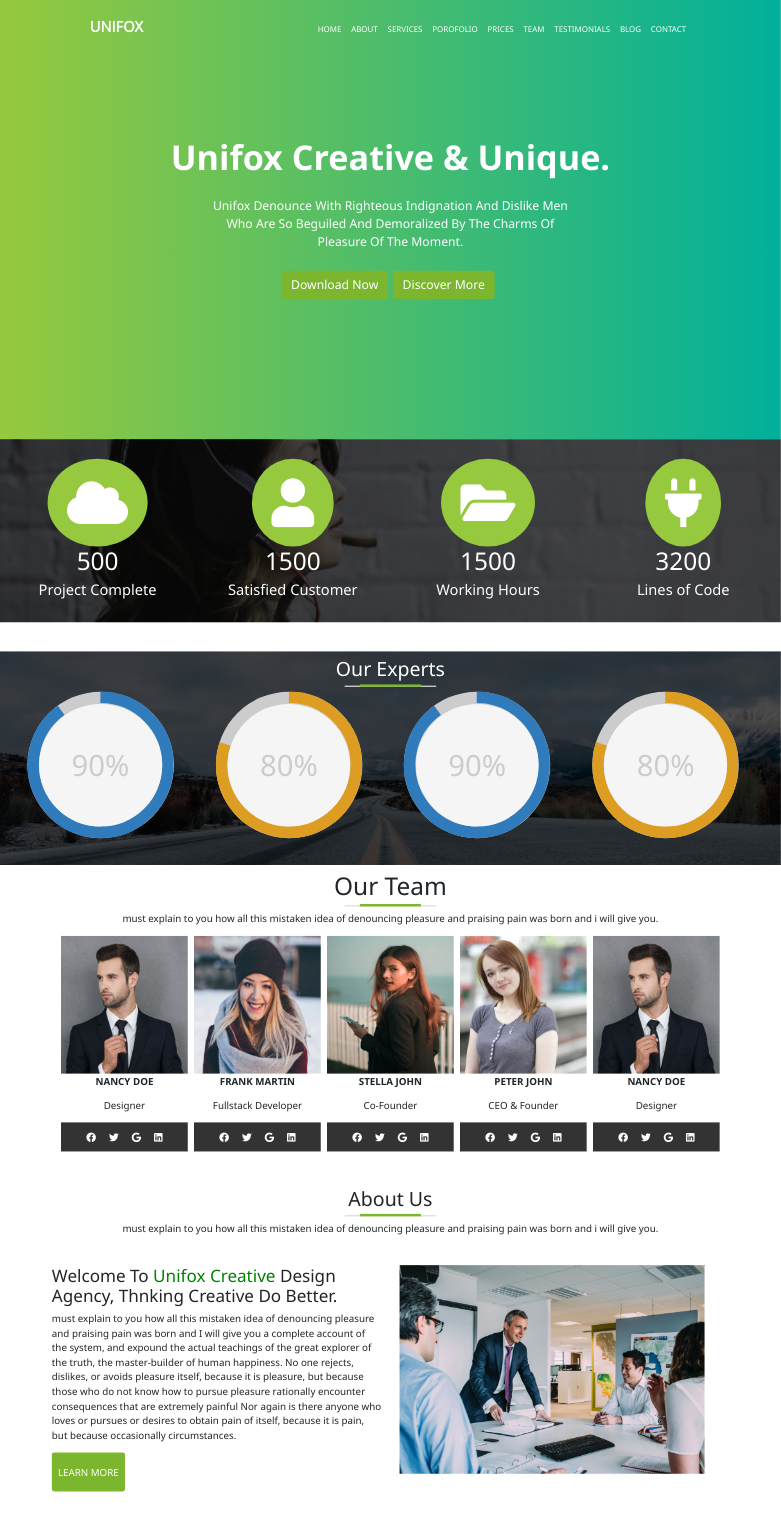
Repository: ibrkhalil/Uniforce-First-Attempt
Page: index.html
The author's editor kept a copy of each file at every save. The page is drawn from the files as they stood at one save, then again after a run of saves.
The browser window is 1280 px wide. The pictures show the whole page, at 61% of full size.
Backgrounds fixed to the window are drawn as part of the page.

Above is the page before, as saved 2021-01-24 02:33:38.

After the next 2 saves:
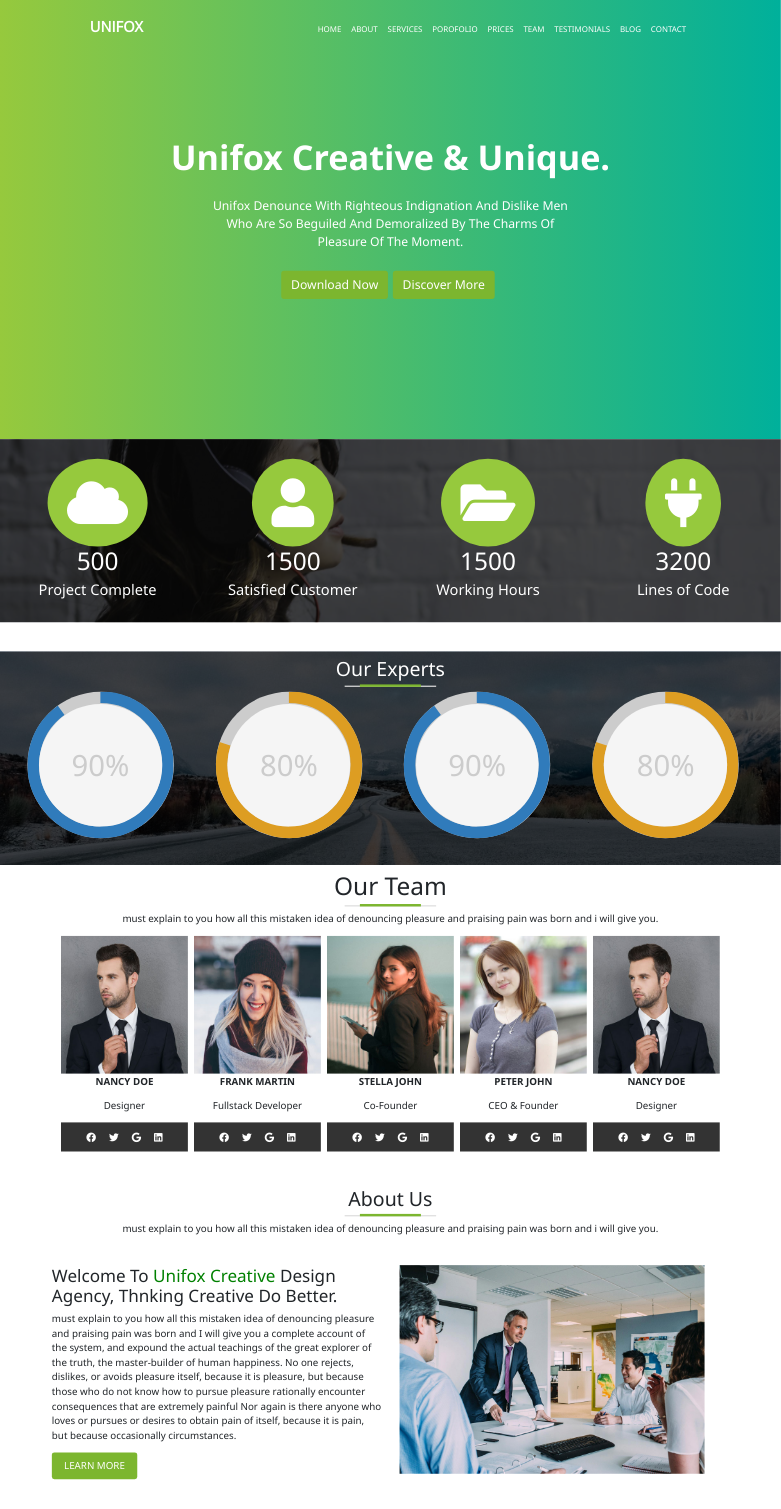
The 2 saves are shown as one change because they came seconds apart.
The last was saved 9 s later.
--- a/style.css
+++ b/style.css
@@ -309,7 +309,7 @@ font-weight: 400;
     color: green;
 }
 .about-section a{
-    padding: 20px 10px;
+    padding: 10px 20px;
     border: none;
     background-color: #7CB62F;
     color: white;
